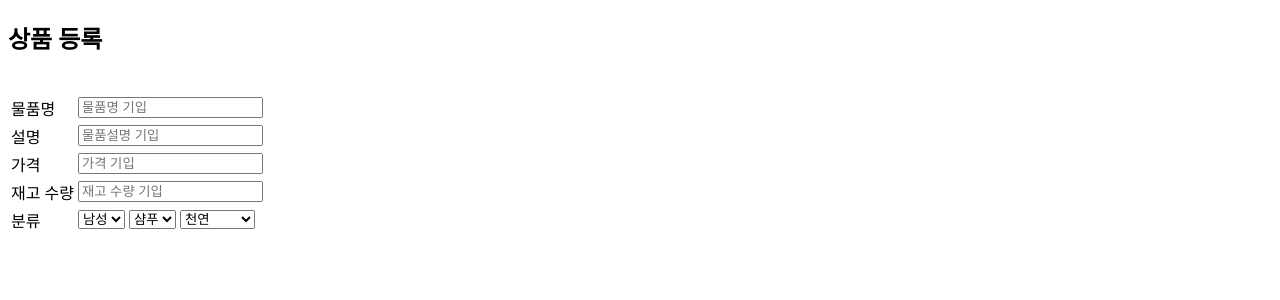
Repository: zxcvb2355/product
Page: http://localhost/product/WEB-INF/view/product/productInsertForm.jsp
These files come from the project's save history. The page is drawn as it stood at one moment and after the next save; the edit follows.
The browser window is 1280 px wide. The pictures show the whole page.
The page is served by Tomcat 9. Nobody is signed in. The template is opened directly, without the code that normally fills it, so the values that code supplies are empty.

Above is the page before, as saved 2023-02-03 05:43:22.

After the next save:
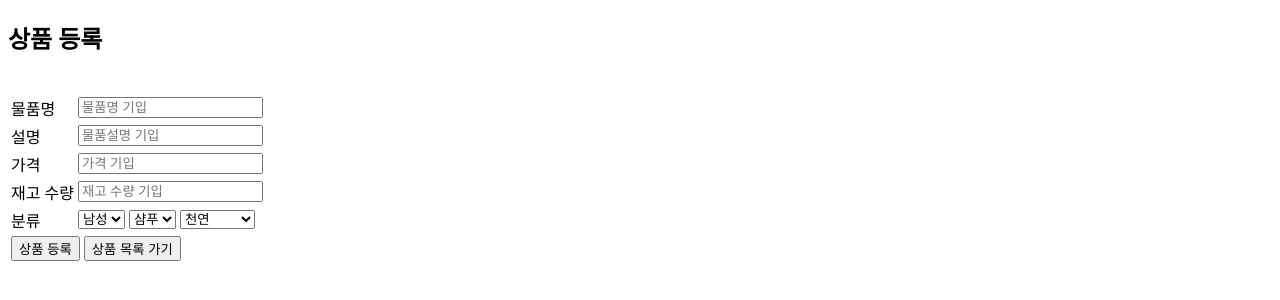
Saved 91 s later.
--- a/product/webapp/WEB-INF/view/product/productInsertForm.jsp
+++ b/product/webapp/WEB-INF/view/product/productInsertForm.jsp
@@ -47,7 +47,9 @@
 
 </tr>
 <tr>
-<td colspan="2"></td>
+<td colspan="2"><input type="button" id="insertBtn" value="상품 등록">
+<input type="button" id="selectBtn" value="상품 목록 가기">
+</td>
 </tr>
 </table>
 
